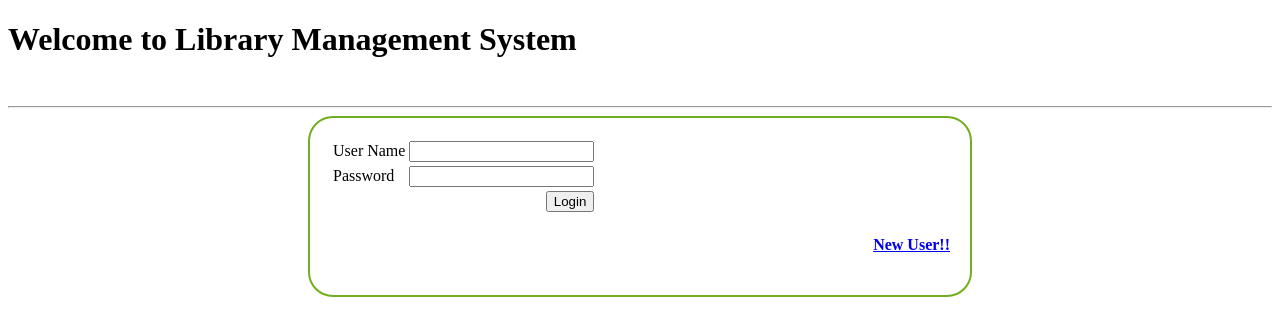
Repository: paragpatidar/LibraryManagementSystem
Page: http://localhost/LibraryManagementSystemSpring/
The author's editor kept a copy of each file at every save. The page is drawn from the files as they stood at one save, then again after the next save.
The browser window is 1280 px wide. The pictures show the whole page.
The page is served by Tomcat 9. Nobody is signed in. The application's start-up code is not run.

Above is the page before, as saved 2017-11-08 04:21:37.

After the next save:
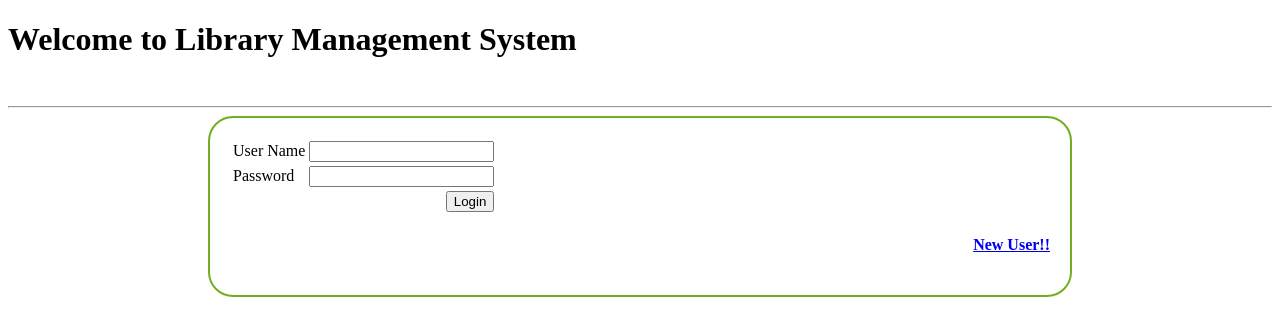
Saved 39 s later.
--- a/LibraryManagementSystemSpring/WebContent/index.jsp
+++ b/LibraryManagementSystemSpring/WebContent/index.jsp
@@ -10,8 +10,8 @@
     border-radius: 25px;
     border: 2px solid #73AD21;
     padding: 20px;
-    margin-right : 300px;
-    margin-left : 300px;
+    margin-right : 200px;
+    margin-left : 200px;
 }
 </style>
 
@@ -34,7 +34,6 @@
 			<tr>
 				<td colspan="2" align="right"><input type="submit" name="submit" value="Login"></td>
 			</tr>
-
 		</table>
 	</form>
 	<h4 align="right"><a href="newUser.htm">New User!!</a></h4>
